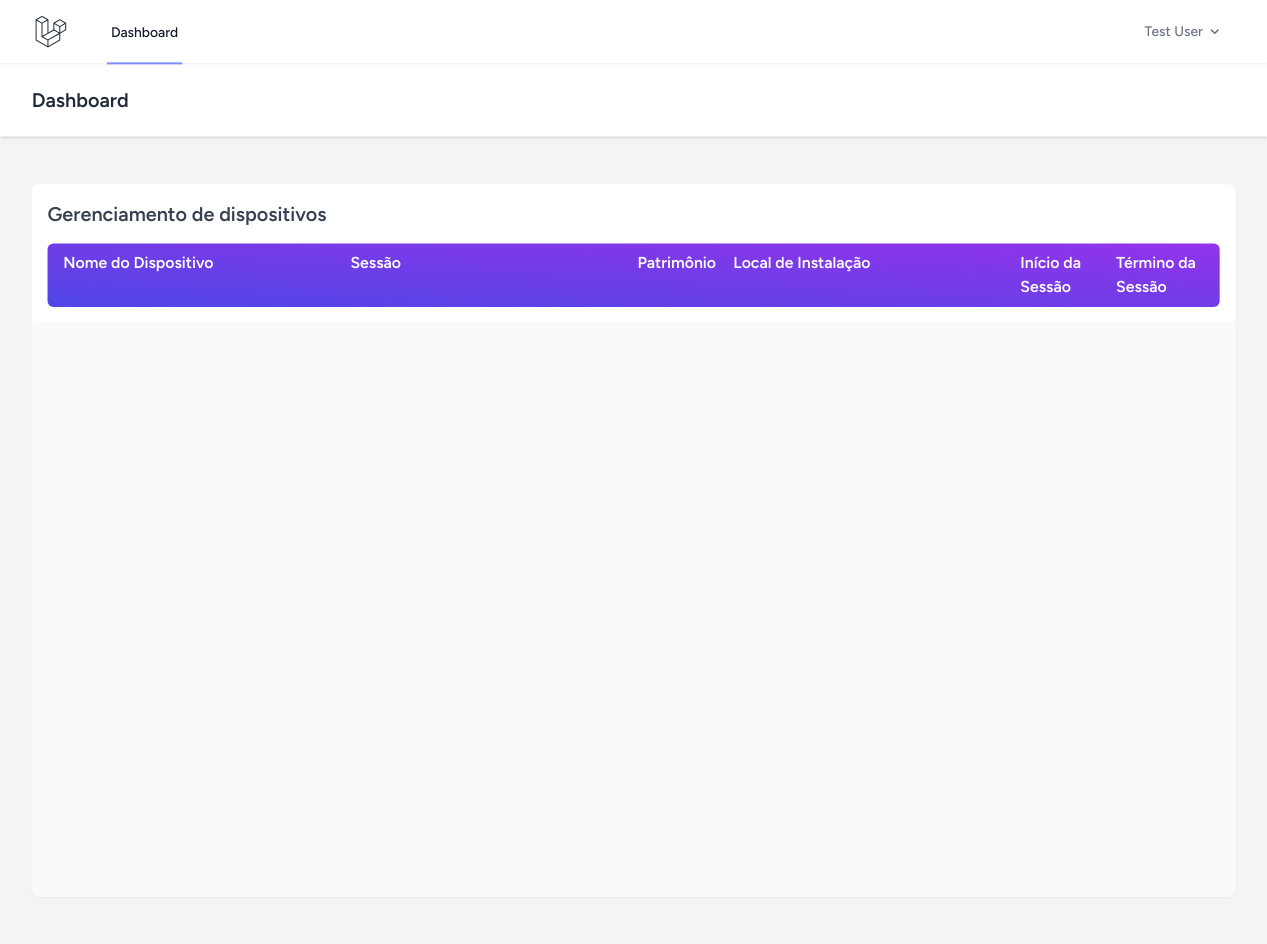
Repository: CrisMorgantee/device-logs
Page: http://localhost/dashboard
The author's editor kept a copy of each file at every save. The page is drawn from the files as they stood at one save, then again after the next save.
The browser window is 1280 px wide. The pictures show the whole page, at 99% of full size.
The page is served by the project's Laravel application, run on PHP 8.4 with Laravel 10. A made-up administrator, Test User (test@example.com), is signed in. Other server files are loaded and not shown. Style sheets and scripts are compiled from the project's sources, by tool versions that may differ from the author's. Queries for data that is not in the repository find no rows.

Above is the page before, as saved 2023-04-14 22:41:00.

### routes/web.php
<?php

use App\Http\Controllers\ProfileController;
use App\Http\Controllers\DeviceLogsController;
use Illuminate\Support\Facades\Route;

/*
|--------------------------------------------------------------------------
| Web Routes
|--------------------------------------------------------------------------
|
| Here is where you can register web routes for your application. These
| routes are loaded by the RouteServiceProvider and all of them will
| be assigned to the "web" middleware group. Make something great!
|
*/

Route::get('/', function () {
    return view('auth.login');
});

Route::get('/dashboard', [DeviceLogsController::class, 'index'])->middleware(['auth', 'verified'])->name('dashboard');

Route::middleware('auth')->group(function () {
    Route::get('/profile', [ProfileController::class, 'edit'])->name('profile.edit');
    Route::patch('/profile', [ProfileController::class, 'update'])->name('profile.update');
    Route::delete('/profile', [ProfileController::class, 'destroy'])->name('profile.destroy');
});

require __DIR__.'/auth.php';

### app/Http/Controllers/DeviceLogsController.php
<?php

namespace App\Http\Controllers;

use App\Models\DeviceLogs;
use Illuminate\Http\Request;

class DeviceLogsController extends Controller
{
    /**
     * Display a listing of the resource.
     */
    public function index()
    {
        $logs = DeviceLogs::all();

        return view('dashboard', ['logs' => $logs]);
    }

    /**
     * Show the form for creating a new resource.
     */
    public function create()
    {
        //
    }

    /**
     * Store a newly created resource in storage.
     */
    public function store(Request $request)
    {
        //
    }

    /**
     * Display the specified resource.
     */
    public function show(DeviceLogs $deviceLogs)
    {
        //
    }

    /**
     * Show the form for editing the specified resource.
     */
    public function edit(DeviceLogs $deviceLogs)
    {
        //
    }

    /**
     * Update the specified resource in storage.
     */
    public function update(Request $request, DeviceLogs $deviceLogs)
    {
        //
    }

    /**
     * Remove the specified resource from storage.
     */
    public function destroy(DeviceLogs $deviceLogs)
    {
        //
    }
}

### app/Models/DeviceLogs.php
<?php

namespace App\Models;

use Illuminate\Database\Eloquent\Factories\HasFactory;
use Illuminate\Database\Eloquent\Model;

class DeviceLogs extends Model
{
    use HasFactory;

    public $fillable = [
        'machine_name',
        'session',
        'patrimony',
        'location'
    ];


    protected $dates = [
      'start_session_at',
      'end_session_at'
  ];

}

### resources/views/dashboard.blade.php
<x-app-layout>
  <x-slot name="header">
    <h2 class="text-xl font-semibold leading-tight text-gray-800">
      {{ __('Dashboard') }}
    </h2>
  </x-slot>

  <div class="py-12">
    <div class="max-w-8xl mx-auto sm:px-6 lg:px-8">
      <div class="overflow-hidden bg-white shadow-sm sm:rounded-lg">
        <div class="min-h-screen bg-gray-50">
          <div class="rounded-md bg-white p-4">
            <h2 class="mb-4 text-xl font-bold text-gray-700">Gerenciamento de dispositivos</h2>

            <div
              class="text-md grid grid-cols-12 gap-2 rounded-md bg-gradient-to-tr from-indigo-600 to-purple-600 py-2 px-4 font-bold text-white">
              <div class="col-span-3">
                <span>Nome do Dispositivo</span>
              </div>
              <div class="col-span-3">
                <span>Sessão</span>
              </div>
              <div class="col-span-1">
                <span>Patrimônio</span>
              </div>
              <div class="col-span-3">
                <span>Local de Instalação</span>
              </div>
              <div class="col-span-1">
                <span>Início da Sessão</span>
              </div>
              <div class="col-span-1">
                <span>Término da Sessão</span>
              </div>
            </div>
            <div>
              @foreach ($logs as $deviceLog)
                <div class="mt-4 flex justify-between space-x-4 border-t text-sm font-normal">
                  <div class="flex px-2">
                    <span>{{ $deviceLog->machine_name }}</span>
                  </div>
                  <div>
                    <span>{{ $deviceLog->session }}</span>
                  </div>
                  <div class="px-2">
                    <span>{{ $deviceLog->patrimony }}</span>
                  </div>
                  <div class="px-2">
                    <span>{{ $deviceLog->location }}</span>
                  </div>
                  <div class="px-2">
                    <span>{{ $deviceLog->start_session_at }}</span>
                  </div>
                  <div class="px-2">
                    <span>{{ $deviceLog->end_session_at }}</span>
                  </div>
                </div>
              @endforeach
            </div>
          </div>
        </div>
      </div>
    </div>

</x-app-layout>

Loaded but not shown: app/Providers/AppServiceProvider.php (common file); routes/auth.php (common file); app/Http/Controllers/Auth/EmailVerificationPromptController.php (common file); app/Http/Controllers/Controller.php (common file); app/Http/Controllers/Auth/VerifyEmailController.php (common file); app/Models/User.php (common file); app/View/Components/AppLayout.php (common file); resources/views/layouts/app.blade.php (common file); resources/views/layouts/navigation.blade.php (common file); resources/views/components/application-logo.blade.php (common file); resources/views/components/nav-link.blade.php (common file); resources/views/components/dropdown-link.blade.php (common file); resources/views/components/dropdown.blade.php (common file); resources/views/components/responsive-nav-link.blade.php (common file); resources/css/app.css (common file); tailwind.config.js (common file); resources/js/app.js (common file); resources/js/bootstrap.js (common file)

After the next save:
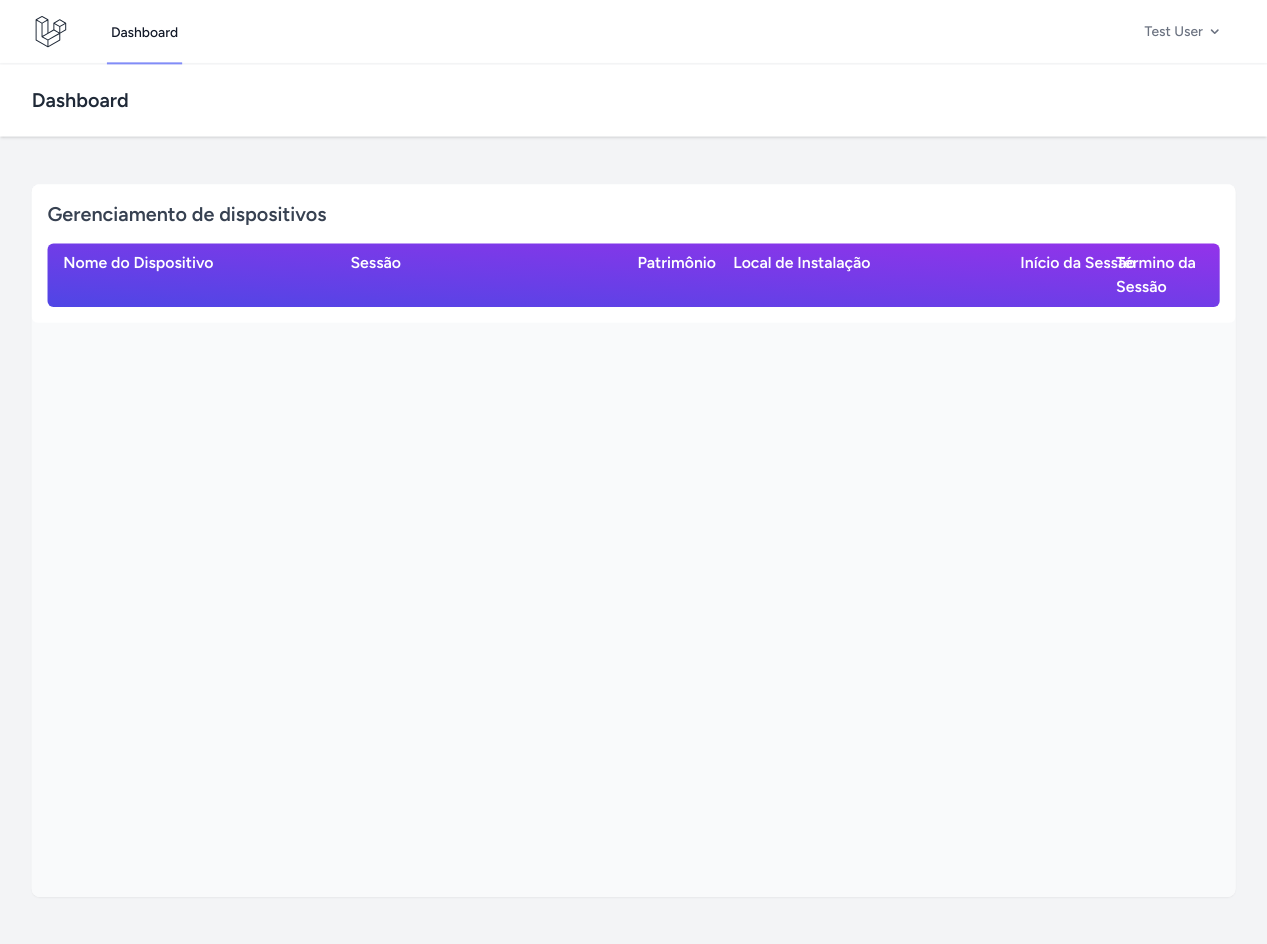
Saved 25 s later.
--- a/resources/views/dashboard.blade.php
+++ b/resources/views/dashboard.blade.php
@@ -26,7 +26,7 @@
               <div class="col-span-3">
                 <span>Local de Instalação</span>
               </div>
-              <div class="col-span-1">
+              <div class="col-span-1 min-w-max">
                 <span>Início da Sessão</span>
               </div>
               <div class="col-span-1">
